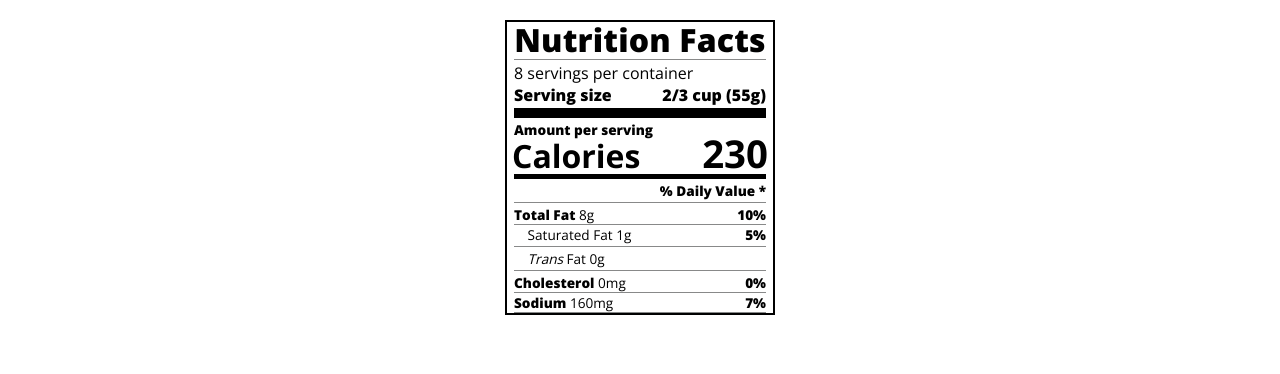
Repository: cipdanila/freeCodeCamp
Page: NutritionLabel/index.html
The author's editor kept a copy of each file at every save. The page is drawn from the files as they stood at one save, then again after the next save.
The browser window is 1280 px wide. The pictures show the whole page.

Above is the page before, as saved 2023-10-09 20:33:07.

### NutritionLabel/index.html
<!DOCTYPE html>
<html lang="en">
<head>
    <meta charset="UTF-8">
    <meta name="viewport" content="width=device-width, initial-scale=1.0">
    <title>Nutrition Label</title>
    <link rel="stylesheet" href="https://fonts.googleapis.com/css?family=Open+Sans:400,700,800">
    <link rel="stylesheet" href="styles.css">
</head>
<body>
    <div class="label">
        <header>
            <h1 class="bold">Nutrition Facts</h1>
            <div class="divider"></div>
            <p>8 servings per container</p>
            <p class="bold">Serving size <span>2/3 cup (55g)</span></p>
        </header>
        <div class="divider large"></div>
        <div class="calories-info">
            <div class="left-container">
                <h2 class="bold small-text">Amount per serving</h2>
                <p>Calories</p>
            </div>
            <span>230</span>
        </div>
        <div class="divider medium"></div>
        <div class="daily-value small-text">
            <p class="bold right no-divider">% Daily Value *</p>
            <div class="divider"></div>
            <p><span><span class="bold">Total Fat</span> 8g</span> <span class="bold">10%</span></p>
            <p class="indent no-divider">Saturated Fat 1g <span class="bold">5%</span></p>
            <div class="divider"></div>
            <p class="indent no-divider"><span><i>Trans</i> Fat 0g</span></p>
            <div class="divider"></div>
            <p><span><span class="bold">Cholesterol</span> 0mg</span> <span class="bold">0%</span></p>
            <p><span><span class="bold">Sodium</span> 160mg</span> <span class="bold">7%</span></p>
        </div>
    </div>
</body>
</html>

### NutritionLabel/styles.css
* {
    box-sizing: border-box;
}

html {
    font-size: 16px;
}

body {
    font-family: "Open Sans", sans-serif;
}

.label {
    border: 2px solid black;
    width: 270px;
    margin: 20px auto;
    padding: 0 7px;
}

.bold {
    font-weight: 800;
}

header h1 {
    text-align: center;
    margin: -4px 0;
    letter-spacing: 0.15px;
}

p {
    margin: 0;
    display: flex;
    justify-content: space-between;
}

.divider {
    border-bottom: 1px solid #888989;
    margin: 2px 0;
}

.large {
    height: 10px;
}

.large, .medium {
    background-color: black;
    border: 0;
}

.small-text {
    font-size: 0.85rem;
}

.calories-info h2 {
    margin: 0;
}

.calories-info {
    display: flex;
    justify-content: space-between;
    align-items: flex-end;
}

.left-container p {
    margin: -5px -2px;
    font-size: 2em;
    font-weight: 700;
}

.calories-info span {
    font-size: 2.4em;
    font-weight: 700;
    margin: -7px -2px;
}

.medium {
    height: 5px;
}

.right {
    justify-content: flex-end;
}

.indent {
    margin-left: 1em;
}

.daily-value p:not(.no-divider) {
    border-bottom: 1px solid #888989;
}

After the next save:
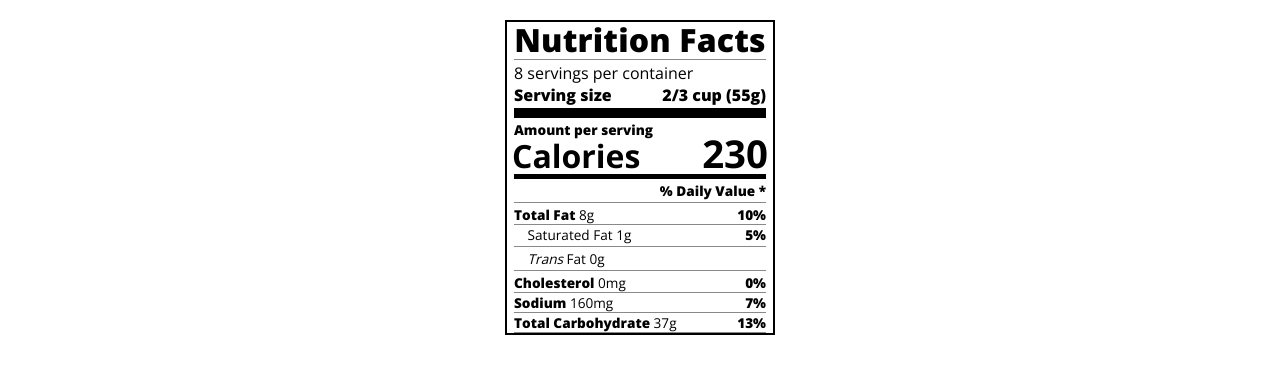
Saved 98 s later.
--- a/NutritionLabel/index.html
+++ b/NutritionLabel/index.html
@@ -34,6 +34,7 @@
             <div class="divider"></div>
             <p><span><span class="bold">Cholesterol</span> 0mg</span> <span class="bold">0%</span></p>
             <p><span><span class="bold">Sodium</span> 160mg</span> <span class="bold">7%</span></p>
+            <p><span><span class="bold">Total Carbohydrate</span> 37g</span> <span class="bold">13%</span></p>
         </div>
     </div>
 </body>
